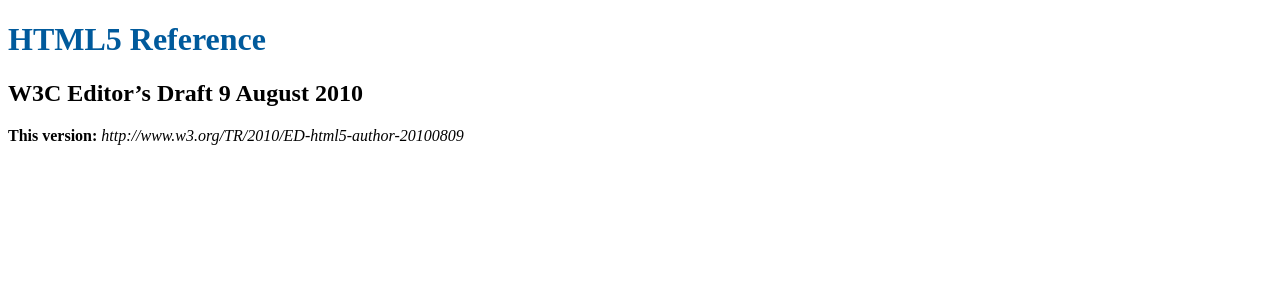
Repository: heoSuKyeong/client_Ssanyong
Page: ClientTest/src/main/webapp/html/q005.html
These files come from the project's save history. The page is drawn as it stood at one moment and after the next save; the edit follows.
The browser window is 1280 px wide. The pictures show the whole page.

Above is the page before, as saved 2023-09-20 03:31:35.

After the next save:
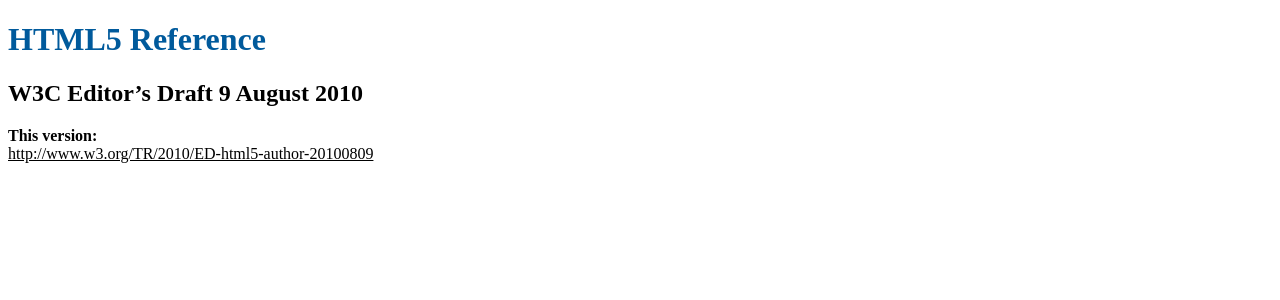
Saved 18 s later.
--- a/ClientTest/src/main/webapp/html/q005.html
+++ b/ClientTest/src/main/webapp/html/q005.html
@@ -9,7 +9,8 @@
 	<h1><font color="#005A9C">HTML5 Reference</font></h1>
 	<h2>W3C Editor’s Draft 9 August 2010</h2>
 	<b>This version:</b>
-	<i>http://www.w3.org/TR/2010/ED-html5-author-20100809</i>
+	<br>
+	<u>http://www.w3.org/TR/2010/ED-html5-author-20100809</u>
 
 </body>
 </html>
